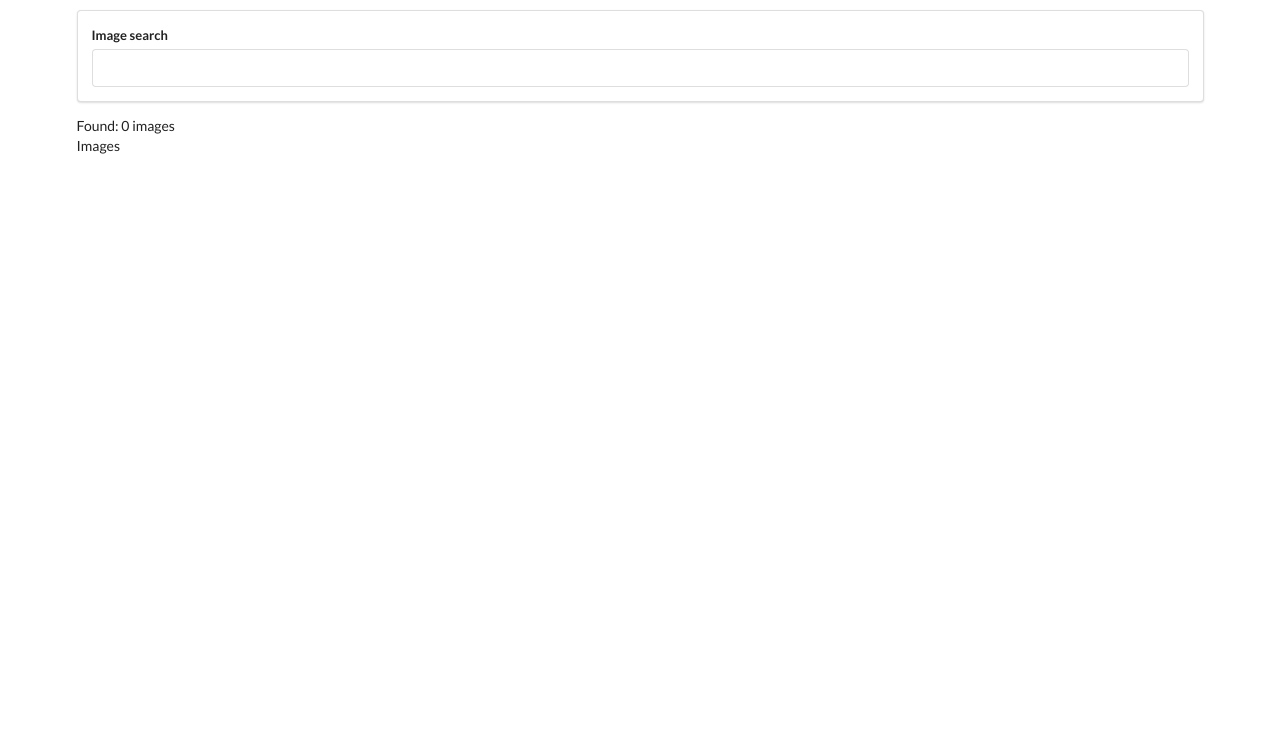
Repository: striver-69/Image-App
Page: /
The author's editor kept a copy of each file at every save. The page is drawn from the files as they stood at one save, then again after the next save.
The browser window is 1280 px wide. The pictures show the whole page.
The project was rebuilt for these pictures with package versions that can differ from the ones it lists, and the page was loaded fresh each time.

Above is the page before, as saved 2021-03-03 04:15:07.

### src/index.js
import React from 'react'
import ReactDOM from 'react-dom'

import App from './components/App'

ReactDOM.render(<App/>,document.querySelector('#root'))

### src/components/App.js
import React from 'react'
import unsplash from '../api/unsplash'
import SearchBar from './SearchBar'
import ImageList from './ImageList'


class App extends React.Component {

  state={images:[]}

  onSearchSubmit= async (term)=>{
    const response=await unsplash.get('/search/photos',{
      params:{query:term}
    })

    this.setState({images:response.data.results})
  }

  render(){
    return (
      <div className="ui container" style={{marginTop:'10px'}}>
        <SearchBar onSubmit={this.onSearchSubmit}/>
        Found: {this.state.images.length} images
        <ImageList/>
      </div>
    )
  }
}

export default App

### src/api/unsplash.js
import axios from 'axios'

export default axios.create({
  baseURL:'https://api.unsplash.com',
  headers:{
    Authorization:'Client-ID RmjthGYLzZ2uuSourT4mD6KVvxnxIj3tI0_qT8Kxiic'
  }
})

### src/components/SearchBar.js
import React, { Component } from 'react'

export class SearchBar extends Component {

  state={term:''}
  onFormSubmit=(event)=>{
    event.preventDefault()
    this.props.onSubmit(this.state.term)
  }

  render() {
    return (
      <div className="ui segment">
        <form onSubmit={this.onFormSubmit} className="ui form">
          <div className="field">
            <label>Image search</label>
            <input type="text" value={this.state.term} onChange={(e)=> this.setState({term:e.target.value})}/>
          </div>
        </form>
      </div>
    )
  }
}

export default SearchBar

### src/components/ImageList.js
import React from 'react'

export default function ImageList() {
  return (
    <div>
      Images
    </div>
  )
}

Loaded but not shown: public/index.html (common file)

After the next save:
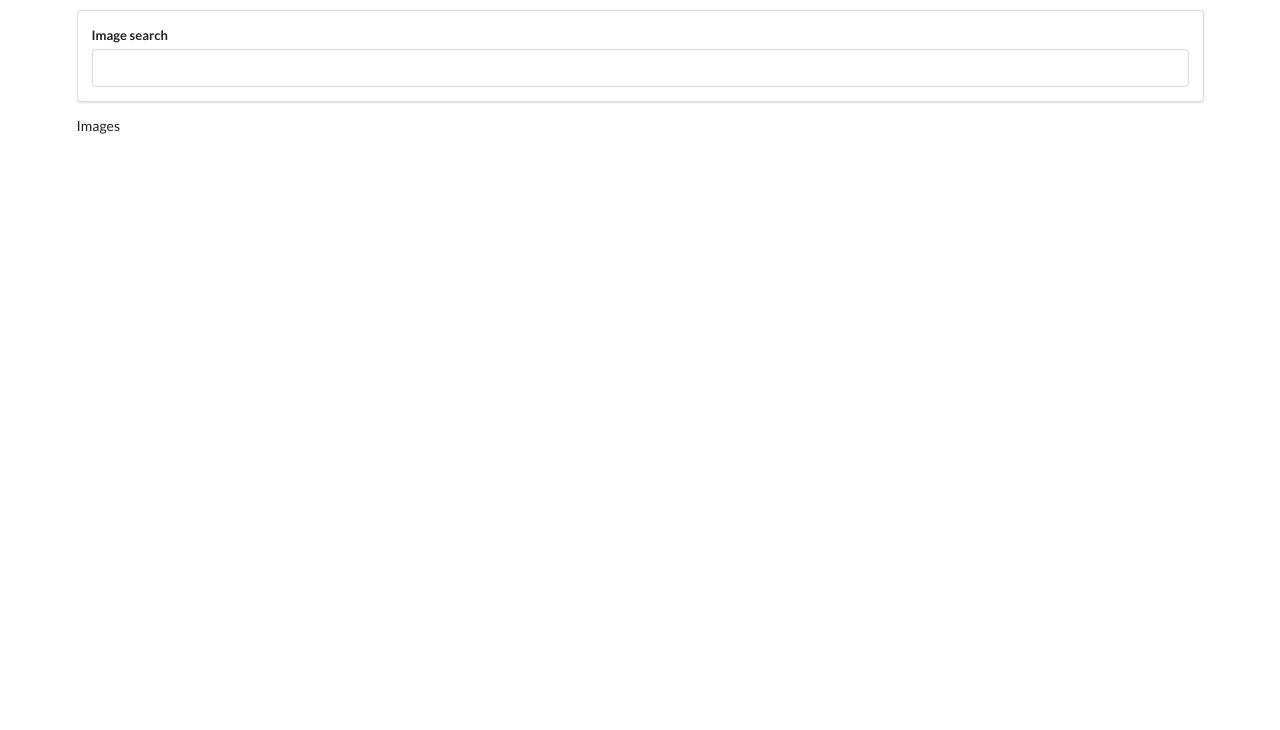
Saved 24 s later.
--- a/src/components/App.js
+++ b/src/components/App.js
@@ -20,7 +20,6 @@ class App extends React.Component {
     return (
       <div className="ui container" style={{marginTop:'10px'}}>
         <SearchBar onSubmit={this.onSearchSubmit}/>
-        Found: {this.state.images.length} images
         <ImageList/>
       </div>
     )
